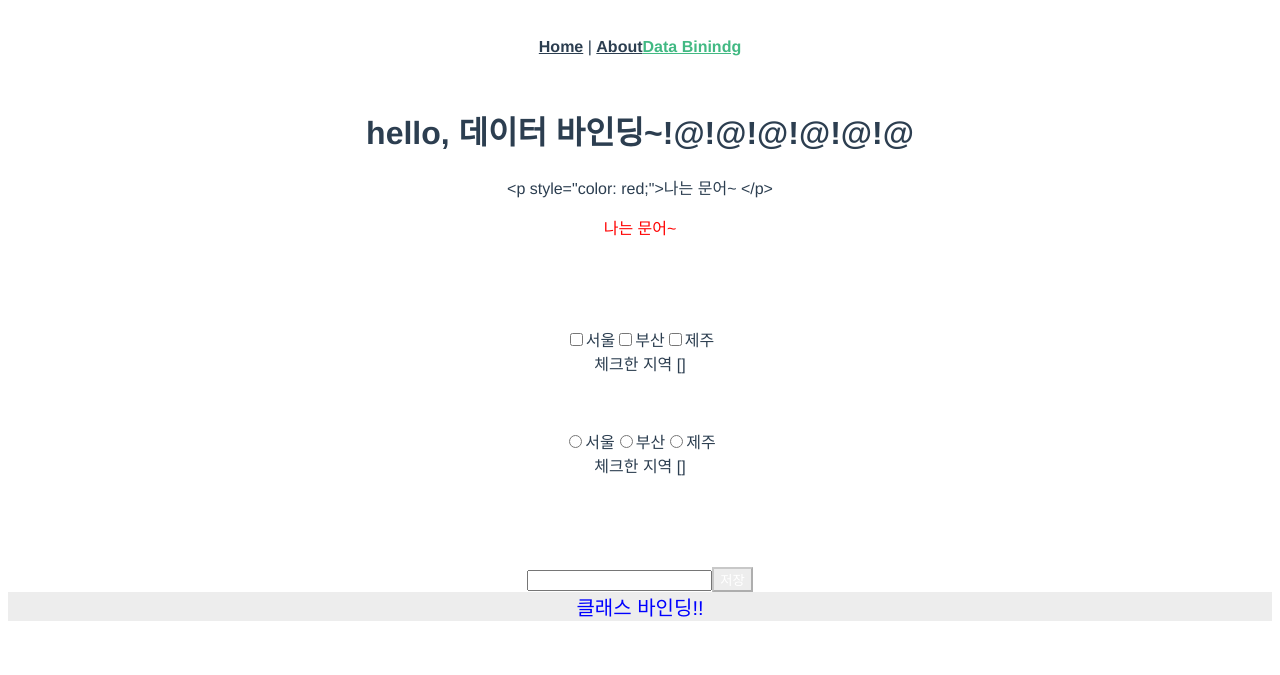
Repository: jang0ha/vue
Page: /databinding
An editor plug-in stored every save of this project. The page is shown before and after the next save, followed by the edit.
The browser window is 1280 px wide. The pictures show the whole page.
The project was rebuilt for these pictures with package versions that can differ from the ones it lists, and the page was loaded fresh each time. Also part of the build but not shown: vue.config.js, src/components/HelloWorld.vue, src/views/HomeView.vue, src/views/AboutView.vue.

Above is the page before, as saved 2022-04-06 12:32:06.

### src/App.vue
<template>
  <nav>
    <router-link to="/">Home</router-link> |
    <router-link to="/about">About</router-link>
    <router-link to="/databinding">Data Binindg</router-link>
  </nav>
  <router-view/>
</template>

<style>
#app {
  font-family: Avenir, Helvetica, Arial, sans-serif;
  -webkit-font-smoothing: antialiased;
  -moz-osx-font-smoothing: grayscale;
  text-align: center;
  color: #2c3e50;
}

nav {
  padding: 30px;
}

nav a {
  font-weight: bold;
  color: #2c3e50;
}

nav a.router-link-exact-active {
  color: #42b983;
}
</style>

### src/router/index.js
import { createRouter, createWebHistory } from 'vue-router'
import HomeView from '../views/HomeView.vue'
import AboutView from '../views/AboutView.vue'
import DataBinding from '../views/DataBinding.vue'

const routes = [
  {
    path: '/', //브라우저에서 접속하는 url 주소를 정의
    name: 'home',
    component: HomeView // 지정된path로 들어왔을 때 보여줄 vue 컴포넌트 , 앞으로 구현할 vue 파일을 연결하고, 해당파일을 실행
  },
  {
    path: '/about',
    name: 'about',
    // route level code-splitting  >> 라우트 레벨에서 코드를 분할하는 방법
    // this generates a separate chunk (about.[hash].js) for this route  >> 이 라우트에 대한 chunk파일이 분리되어 생성
    // which is lazy-loaded when the route is visited.  >> 이 라우트에 방문했을떄 지연로드 됩니다.
    // component: () => import(
      /* webpackChunkName: "about" */
    //   '../views/AboutView.vue'
    // )
    component: AboutView
  },
  {
    path: '/databinding',
    name: 'DataBinding',
    // route level code-splitting  >> 라우트 레벨에서 코드를 분할하는 방법
    // this generates a separate chunk (about.[hash].js) for this route  >> 이 라우트에 대한 chunk파일이 분리되어 생성
    // which is lazy-loaded when the route is visited.  >> 이 라우트에 방문했을떄 지연로드 됩니다.
    component:DataBinding
  }
]

const router = createRouter({
  history: createWebHistory(process.env.BASE_URL),
  routes
})

export default router

### src/views/DataBinding.vue
<template>
    <h1>hello, {{title}}</h1>

    <div>
        <div>{{htmlString}}</div>
        <div v-html="htmlString"></div>

        <br><br><br><br>

        <label for="1"><input type="checkbox" name="" id="1" v-model="checked" value="서울">서울</label>
        <label for="2"><input type="checkbox" name="" id="2" v-model="checked" value="부산">부산</label>
        <label for="3"><input type="checkbox" name="" id="3" v-model="checked" value="제주">제주</label>
        <br>
        <span>체크한 지역 {{checked}}</span>
        <br><br><br><br>
        <label for="4"><input type="radio" name="" id="4" v-model="picked" value="서울">서울</label>
        <label for="5"><input type="radio" name="" id="5" v-model="picked" value="부산">부산</label>
        <label for="6"><input type="radio" name="" id="6" v-model="picked" value="제주">제주</label>
        <br>
        <span>체크한 지역 {{picked}}</span>
        <br><br><br><br><br><br>
        <input type="text" name="" id="" v-model="textValue">
        <button type="button" style="" v-bind:disabled="textValue==''">저장</button>


        <div class="container" v-bind:class="{'active' : isActive, 'fail': hasError}">
            클래스 바인딩!!
        </div>
    </div>
</template>
<script>
export default {
    data(){ //html과 자바스크립트 코드에서 사용할 데이터 변수 선언
        return {
            title : "데이터 바인딩~!@!@!@!@!@!@ ",
            htmlString:'<p style="color: red;">나는 문어~ </p>',
            checked: [],
            picked:[],
            textValue :"",
            isActive:"true",
            hasError:"false"
        };
    },

}
</script>

<style>
    button{background:#111; color:#fff; outline:0;}
    button:disabled{background:#ededed;}
    .active{
        background:#ededed; color:blue; font-size:20px;
    }
</style>

Loaded but not shown: public/index.html (common file); src/main.js (common file)

After the next save:
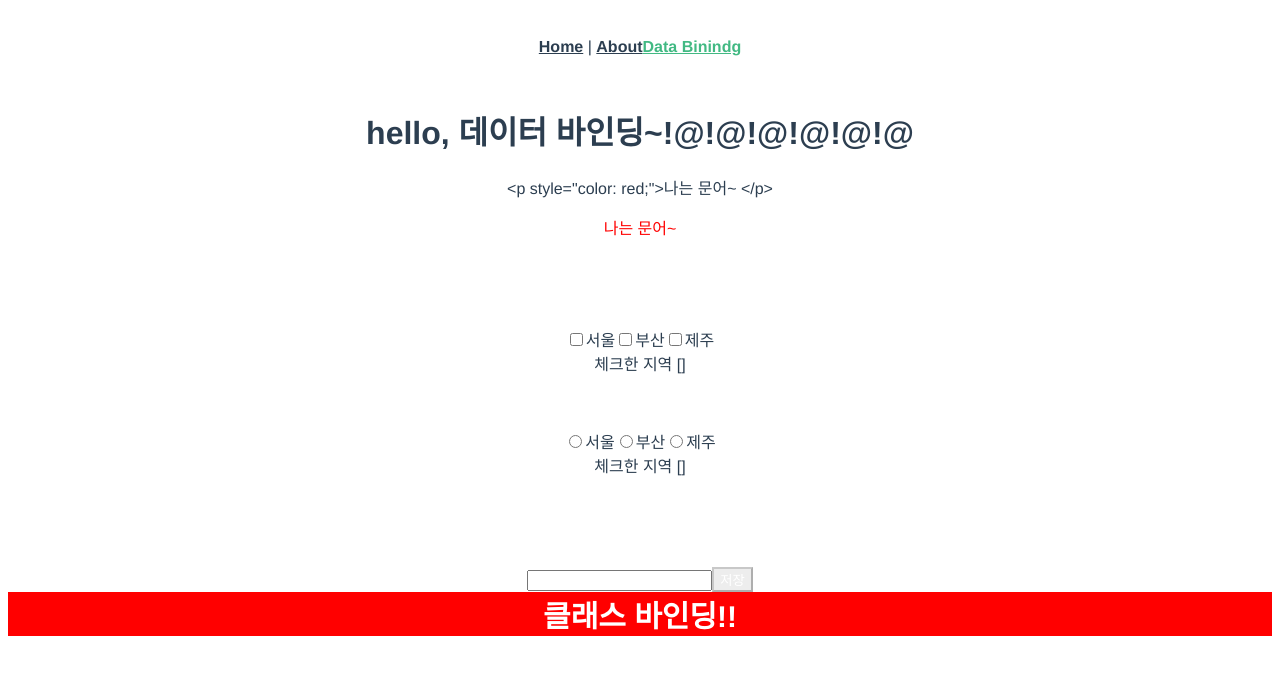
Saved 35 s later.
--- a/src/views/DataBinding.vue
+++ b/src/views/DataBinding.vue
@@ -49,6 +49,9 @@
     button{background:#111; color:#fff; outline:0;}
     button:disabled{background:#ededed;}
     .active{
-        background:#ededed; color:blue; font-size:20px;
+        background:#ededed; color:blue; font-size:30px; font-weight: bold;
+    }
+    .fail {
+        background:red; color:white; font-size:30px;font-weight: bold;
     }
 </style>
